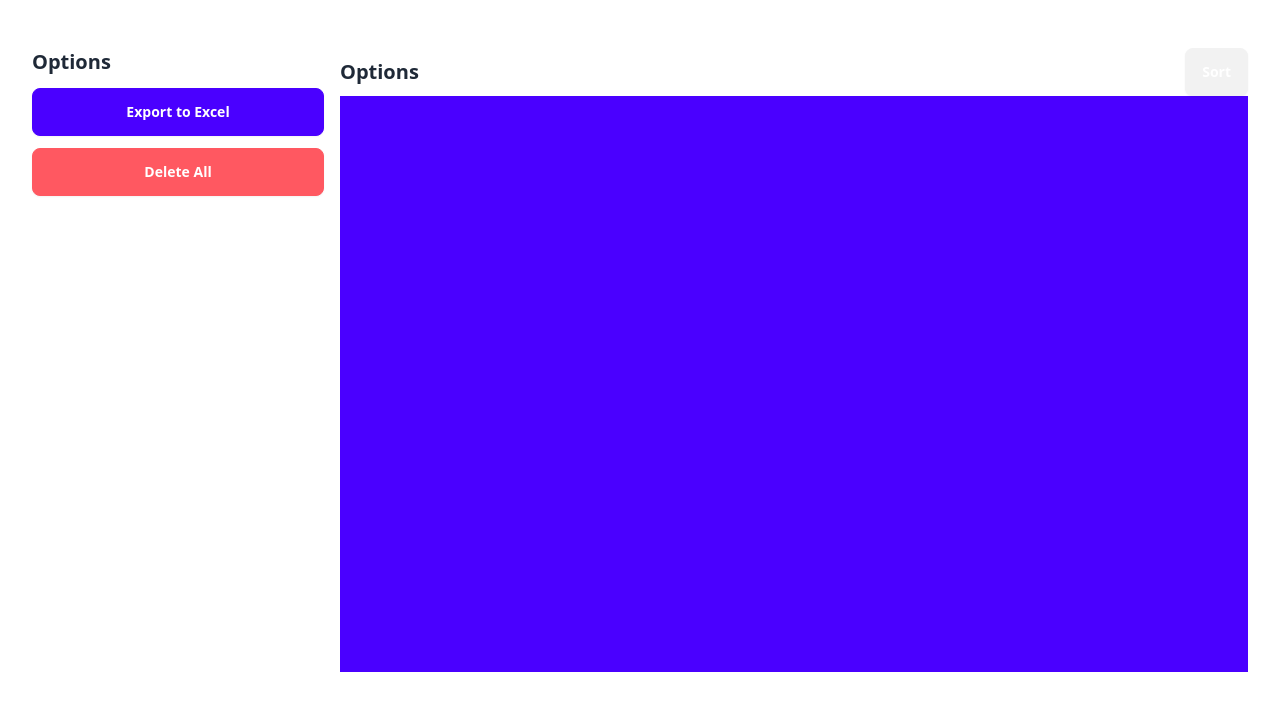
Repository: khulqu15/khafsin_server
Page: http://localhost/
These files come from the project's save history. The page is drawn as it stood at one moment and after the next save; the edit follows.
The browser window is 1280 px wide. The pictures show the whole page.
Some web libraries are served in a nearby version. The page is served by the project's Laravel application, run on PHP 8.4 with Laravel 12. Queries for data that is not in the repository find no rows.

Above is the page before, as saved 2024-10-25 02:52:27.

After the next save:
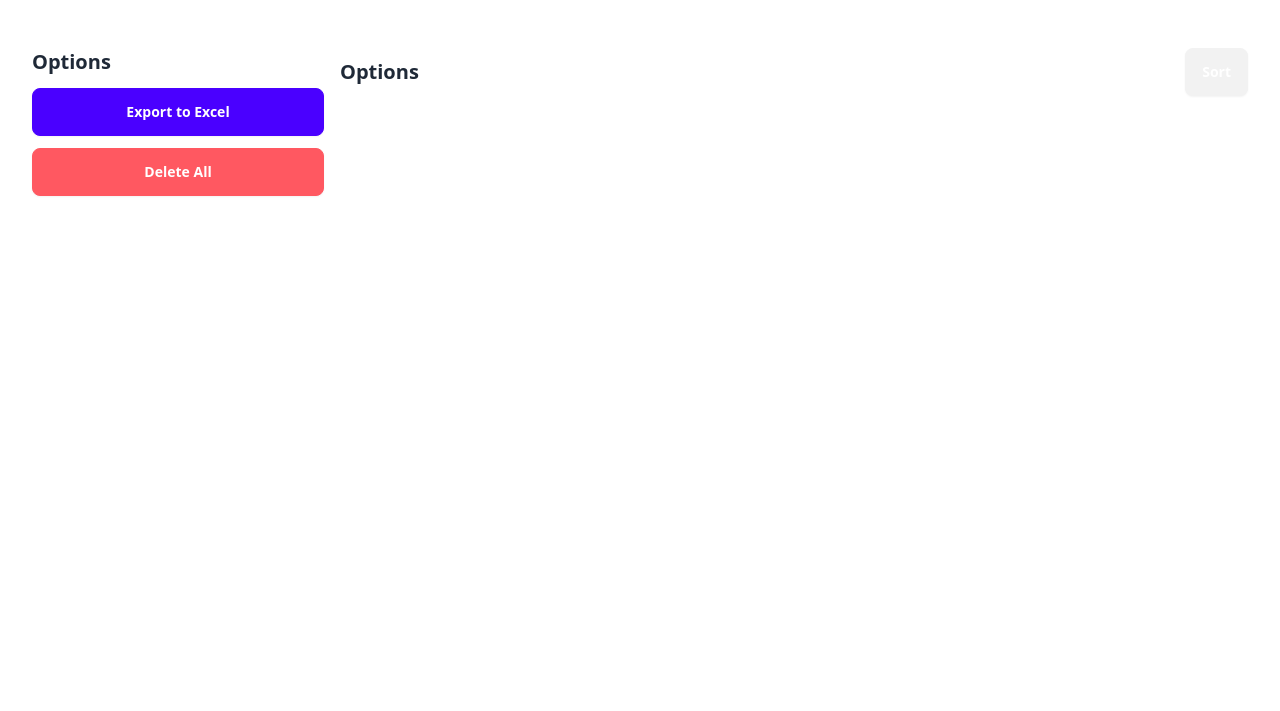
Saved 2 min 22 s later.
--- a/resources/views/welcome.blade.php
+++ b/resources/views/welcome.blade.php
@@ -22,7 +22,7 @@
                         <h2 class="text-xl font-bold">Options</h2>
                         <button class="btn btn-base-200 text-white">Sort</button>
                     </div>
-                    <div class="h-[80vh] bg-primary w-full"></div>
+                    <div class="h-[80vh] w-full overflow-auto"></div>
                 </div>
             </div>
         </div>
